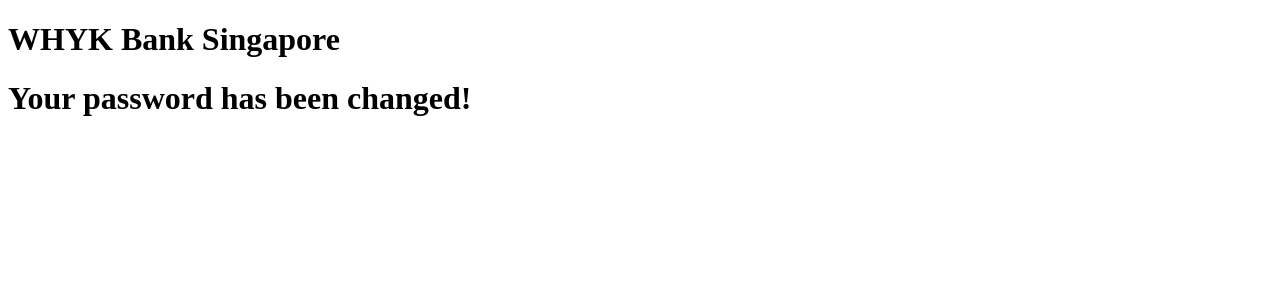
Repository: LingWenXing/java-fundamentals
Page: BankApplicationSystem/src/main/webapp/passwordUpdateSuccess.html
These files come from the project's save history. The page is drawn as it stood at one moment and after the next save; the edit follows.
The browser window is 1280 px wide. The pictures show the whole page.

Above is the page before, as saved 2022-04-15 07:20:09.

### BankApplicationSystem/src/main/webapp/passwordUpdateSuccess.html
<!DOCTYPE html>
<html>
<head>
<meta charset="ISO-8859-1">
<title>WHYK Bank | Singapore</title>
</head>
<body>
	<header>
		<div>
			<div>
				<h1>WHYK Bank Singapore</h1>
			</div>
		</div>
	</header>
	<h1>Your password has been changed!</h1>
</body>
</html>

After the next save:
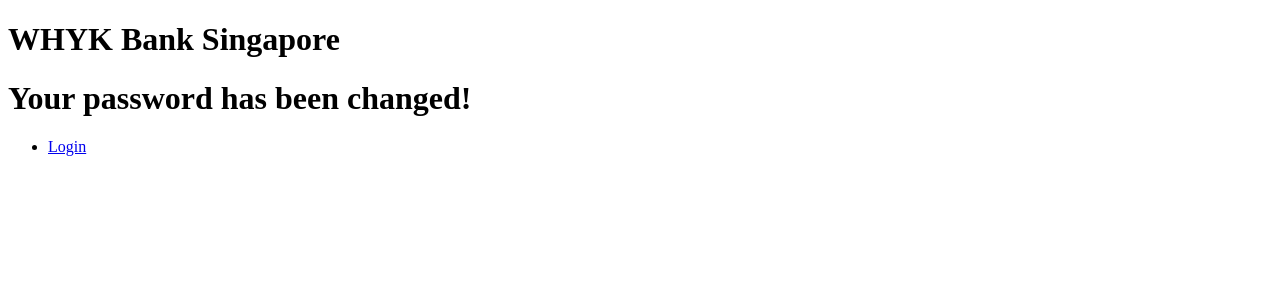
Saved 85 s later.
--- a/BankApplicationSystem/src/main/webapp/passwordUpdateSuccess.html
+++ b/BankApplicationSystem/src/main/webapp/passwordUpdateSuccess.html
@@ -11,7 +11,12 @@
 				<h1>WHYK Bank Singapore</h1>
 			</div>
 		</div>
+		<h1>Your password has been changed!</h1>
+		<nav>
+			<ul>
+				<li><a href="/BankApplicationSystem/loginPage.html">Login</a></li>
+			</ul>
+		</nav>
 	</header>
-	<h1>Your password has been changed!</h1>
 </body>
 </html>
